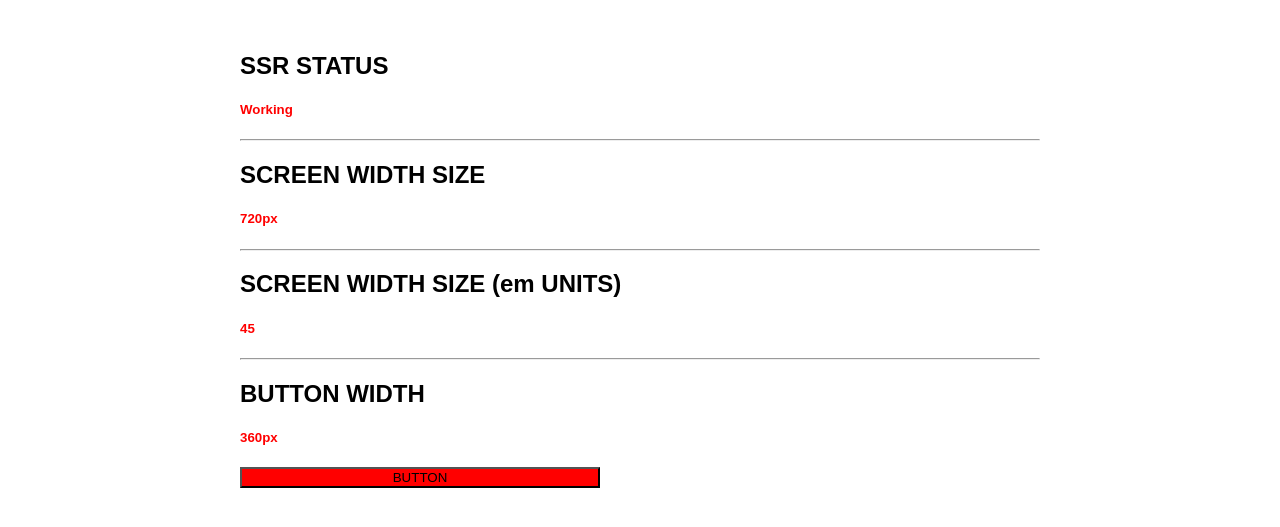
Repository: adrihle/screen-detector-nextpwa
Page: /
The author's editor kept a copy of each file at every save. The page is drawn from the files as they stood at one save, then again after a run of saves.
The browser window is 1280 px wide. The pictures show the whole page.
The project was rebuilt for these pictures with package versions that can differ from the ones it lists, and the page was loaded fresh each time. The framework's server and built-in components were replaced by stand-ins that run in the browser. Imported but missing from the stored project, and not drawn on this page: pages/_document.

Above is the page before, as saved 2020-12-28 13:54:16.

### pages/_app.js
import App, { Container } from "next/app";
import Head from "next/head";
import styled, { createGlobalStyle } from "styled-components";
import { title } from "./_document";

// Any global CSS variables and selectors we want
const GlobalStyle = createGlobalStyle`
  :root {
    --padding: 2rem;
    --max-width: 50rem;
  }

  body {
    background: var(--background--1);
    font-family: 'PT Sans', sans-serif;
    margin: 0;
  }
`;

const Main = styled.main`
  margin: 0 auto;
  max-width: var(--max-width);
  padding: var(--padding);
`;

export default class MyApp extends App {
  static async getInitialProps({ Component, ctx }) {
    let pageProps = {};

    if (Component.getInitialProps) {
      pageProps = await Component.getInitialProps(ctx);
    }

    return { pageProps };
  }

  render() {
    const { Component, pageProps, router } = this.props;

    return (
      <>
        <Head>
          <title>{title}</title>
        </Head>
        <Container>
          <Main>
            <Component {...pageProps} router={router} />
          </Main>
          <GlobalStyle />
        </Container>
      </>
    );
  }
}

### pages/index.js
import { useEffect, useState } from 'react'





const Index = ({ server }) => {

  const [size, setSize] = useState()

  useEffect(() => {
    const handleSize = () => setSize(window.innerHeight)
    handleSize()
    window.addEventListener('resize', handleSize)
    return () => {window.removeEventListener('resize', handleSize)}
  },[])

  const width = size + 'px'

  const widthEM = size / parseFloat(window.getComputedStyle(document.querySelector('body'))['font-size'])

  const btnWidth = size / 2

  return (
    <>
      <h2>SSR STATUS</h2>
      <h5 style={{color:'red'}}>{server ? 'Working' : 'Not Working'}</h5>
      <hr />
      <h2>SCREEN WIDTH SIZE</h2>
      <h5 style={{color:'red'}}>{width}</h5>
      <hr/>
      <h2>SCREEN WIDTH SIZE (em UNITS)</h2>
      <h5 style={{color:'red'}}>{widthEM}</h5>
      <hr/>
      {size>240 && (
        <>
          <h2>BUTTON WIDTH</h2>
          <h5 style={{color:'red'}}>{`${btnWidth}px`}</h5>
          <button style={{background:'red', width:btnWidth}}>BUTTON</button>
        </>
      )}
    </>
  )
}

Index.getInitialProps = async function() {
  return {
    server: true,
  }
};

export default Index;

After the next 2 saves:
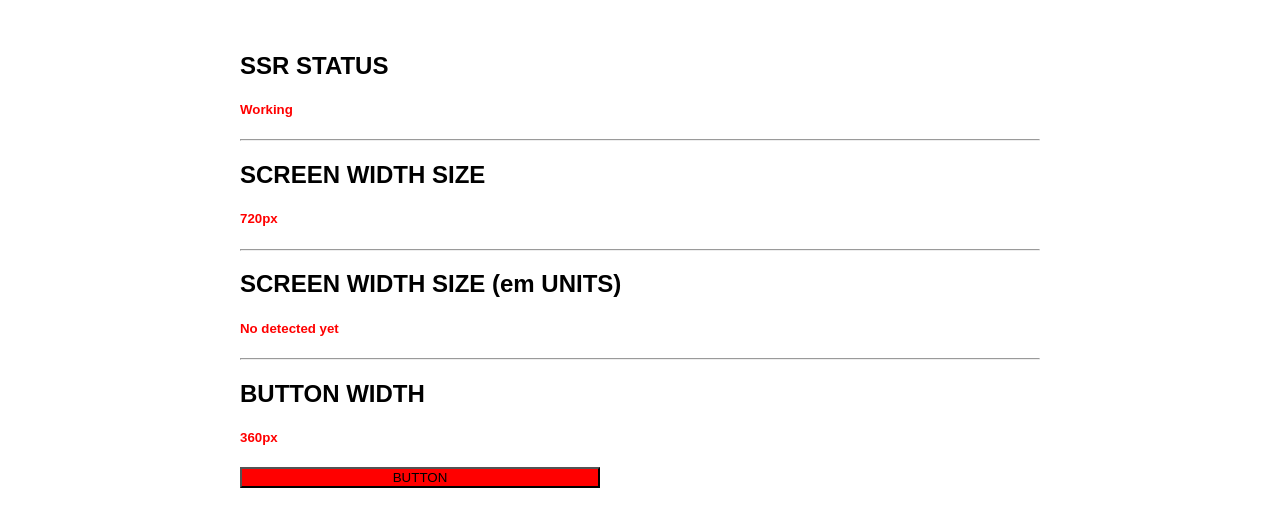
The 2 saves are shown as one change because 1 did not build or start.
The last was saved 60 s later.
--- a/pages/index.js
+++ b/pages/index.js
@@ -8,16 +8,19 @@ const Index = ({ server }) => {
 
   const [size, setSize] = useState()
 
+
+  let widthEM = 'No detected yet'
+
   useEffect(() => {
     const handleSize = () => setSize(window.innerHeight)
     handleSize()
+    widthEM = size / parseFloat(window.getComputedStyle(document.querySelector('body'))['font-size'])
     window.addEventListener('resize', handleSize)
     return () => {window.removeEventListener('resize', handleSize)}
   },[])
 
   const width = size + 'px'
 
-  const widthEM = size / parseFloat(window.getComputedStyle(document.querySelector('body'))['font-size'])
 
   const btnWidth = size / 2
 
